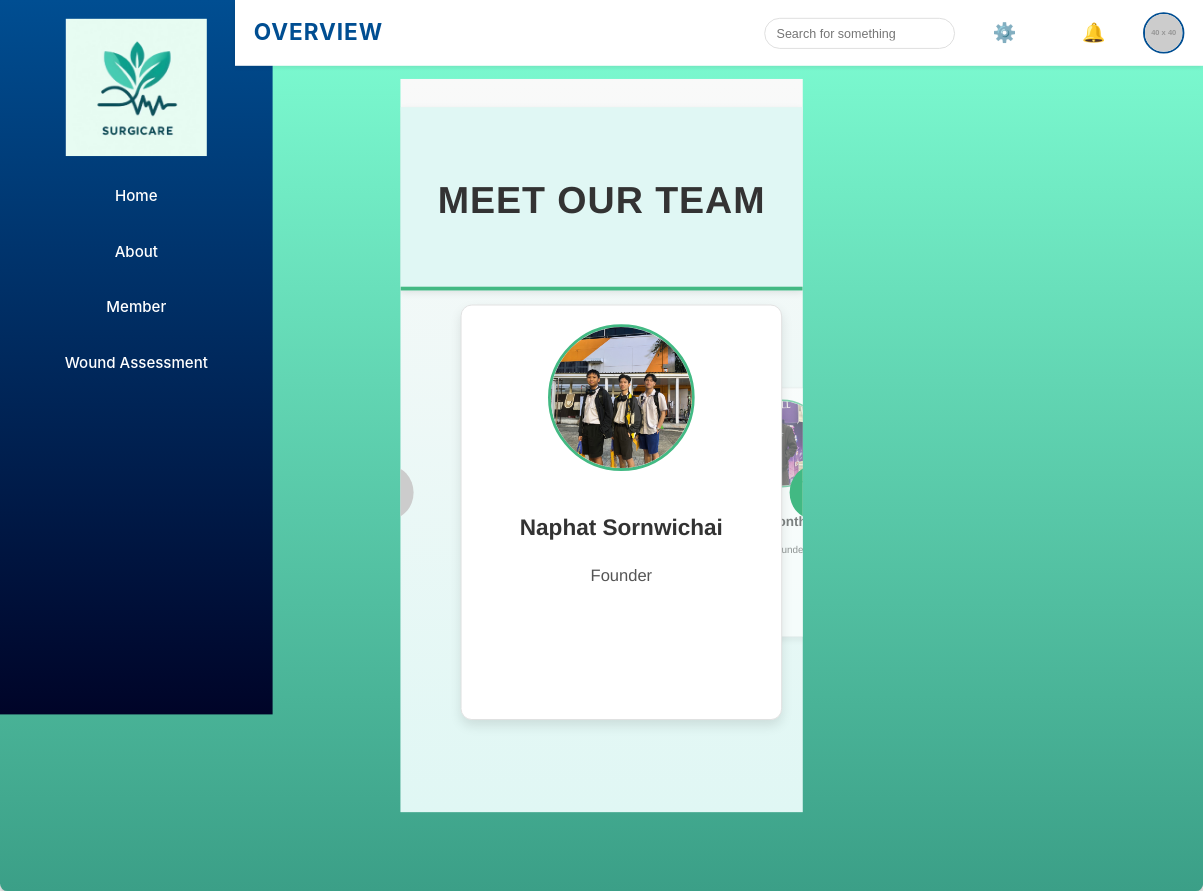
Repository: Jinwoo290350/Surgicare-Vue
Page: /member (app in surgicare/)
These files come from the project's save history. The page is drawn as it stood at one moment and after the next save; the edit follows.
The browser window is 1280 px wide. The pictures show the whole page, at 94% of full size.
The project was rebuilt for these pictures with package versions that can differ from the ones it lists, and the page was loaded fresh each time. Also part of the build but not shown: surgicare/vite.config.js, surgicare/src/views/Home.vue, surgicare/src/views/About.vue, surgicare/src/components/WoundAssessment.vue.

Above is the page before, as saved 2024-12-30 15:17:01.
Console error: TypeError: Cannot read properties of null (reading 'getContext')

After the next save:
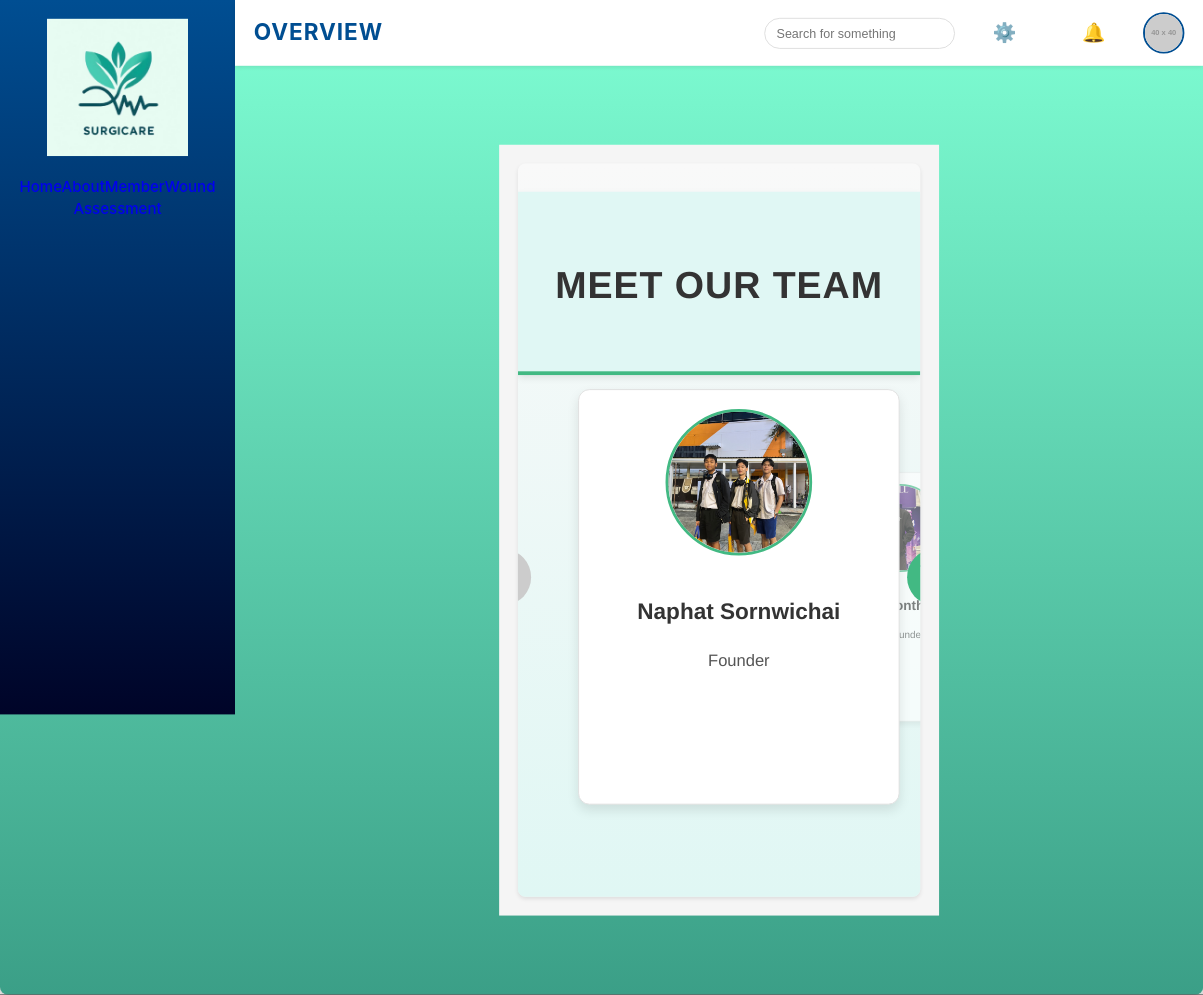
Saved 3 min 20 s later.
--- a/surgicare/src/App.vue
+++ b/surgicare/src/App.vue
@@ -19,7 +19,9 @@
         <img src="https://via.placeholder.com/40" alt="Profile" class="profile-pic" />
       </div>
     </header>
+    <main class="main-content">
       <router-view class="router-view" />
+    </main>
   </div>
 </template>
 
@@ -28,7 +30,6 @@ export default {
   name: "DashboardPage",
 };
 </script>
-
 <style scoped>
 /* General Styles */
 body {
@@ -36,6 +37,7 @@ body {
   font-family: 'Poppins', Arial, sans-serif;
 }
 
+/* Sidebar Styling */
 .sidebar {
   position: fixed;
   top: 0;
@@ -44,7 +46,7 @@ body {
   height: 100%;
   background: linear-gradient(to bottom, #004e92, #000428);
   color: white;
-  padding: 20px;
+  padding: 20px 0;
   display: flex;
   flex-direction: column;
   align-items: center;
@@ -57,23 +59,32 @@ body {
   margin-bottom: 20px;
 }
 
-.menu a {
+.menu {
+  width: 100%;
+}
+
+.menu-item {
+  display: flex;
+  align-items: center;
   text-decoration: none;
   color: white;
   font-size: 16px;
-  margin-bottom: 15px;
-  display: block;
-  text-align: center;
-  padding: 10px 15px;
+  padding: 10px 20px;
+  margin-bottom: 10px;
   border-radius: 8px;
   transition: background 0.3s, transform 0.3s;
 }
 
-.menu a:hover {
+.menu-item i {
+  margin-right: 10px;
+}
+
+.menu-item:hover {
   background: rgba(255, 255, 255, 0.2);
   transform: scale(1.05);
 }
 
+/* Header Styling */
 .header {
   position: fixed;
   top: 0;
@@ -129,4 +140,20 @@ body {
   border-radius: 50%;
   border: 2px solid #004e92;
 }
+
+/* Main Content Styling */
+.main-content {
+  margin-top: 70px; /* Header offset */
+  margin-left: 250px; /* Sidebar offset */
+  padding: 20px;
+  background: #f5f5f5;
+  min-height: calc(100vh - 70px);
+}
+
+.router-view {
+  background: white;
+  padding: 20px;
+  border-radius: 8px;
+  box-shadow: 0 2px 5px rgba(0, 0, 0, 0.1);
+}
 </style>
